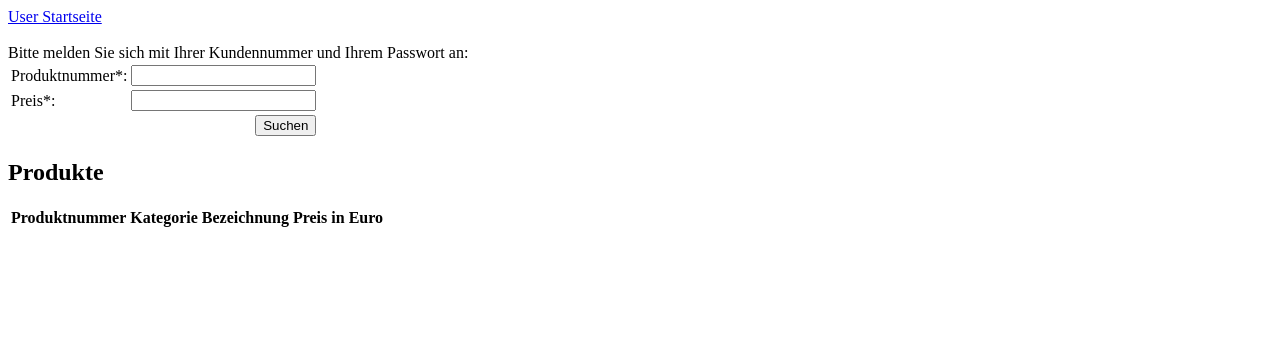
Repository: exic/VIS-Labor
Page: http://localhost/vislabor/search_product.action
An editor plug-in stored every save of this project. The page is shown before and after the next save, followed by the edit.
The browser window is 1280 px wide. The pictures show the whole page.
The page is served by Tomcat 9. Queries for data that is not in the repository find no rows.

Above is the page before, as saved 2011-05-15 14:33:44.

After the next save:
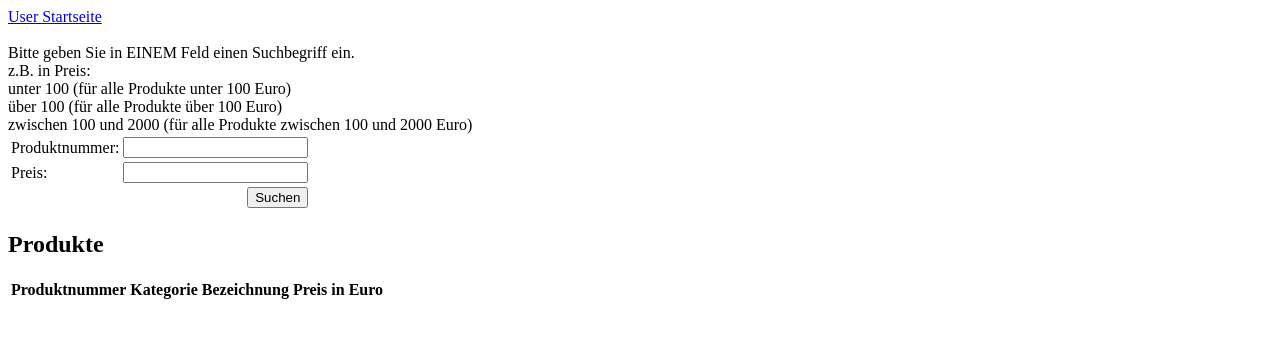
Saved 2 min 45 s later.
--- a/workspace/vislabor/WebContent/pages/SearchProduct.jsp
+++ b/workspace/vislabor/WebContent/pages/SearchProduct.jsp
@@ -12,11 +12,15 @@
 		<a href="<s:url action="forward_to_user_start"/>">User Startseite</a>
 		<br /><br />
 
-		<s:text name="Bitte melden Sie sich mit Ihrer Kundennummer und Ihrem Passwort an:" />
+		Bitte geben Sie in EINEM Feld einen Suchbegriff ein.<br />
+		z.B. in Preis: <br/>
+		unter 100 (für alle Produkte unter 100 Euro)<br />
+		über 100 (für alle Produkte über 100 Euro)<br />
+		zwischen 100 und 2000 (für alle Produkte zwischen 100 und 2000 Euro)<br />
 
 		<s:form action="search_product">
-			<s:textfield name="id" label="Produktnummer" size="20" required="true"/>
-			<s:textfield name="price" label="Preis" size="20" required="true"/>
+			<s:textfield name="id" label="Produktnummer" size="20" />
+			<s:textfield name="price" label="Preis" size="20" />
 			<s:submit value="Suchen"/>
 		</s:form>
 
